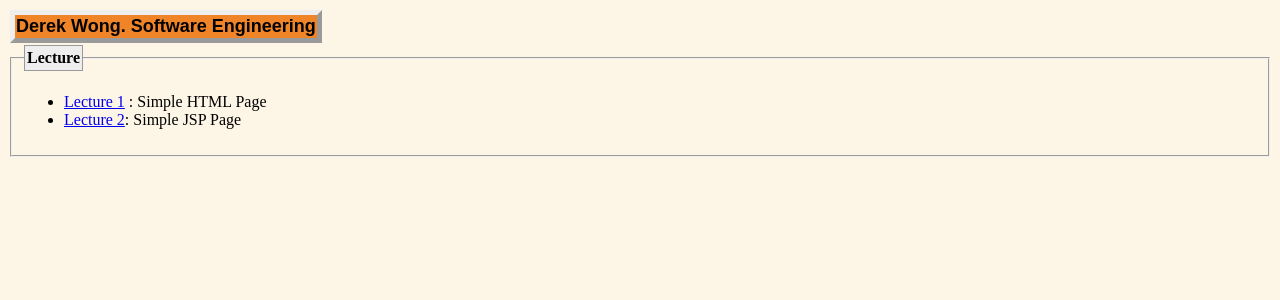
Repository: derekpwwong/jee-workspace
Page: workspace/WebServlet/WebContent/index.html
These files come from the project's save history. The page is drawn as it stood at one moment and after the next save; the edit follows.
The browser window is 1280 px wide. The pictures show the whole page.

Above is the page before, as saved 2016-10-08 19:51:31.

After the next save:
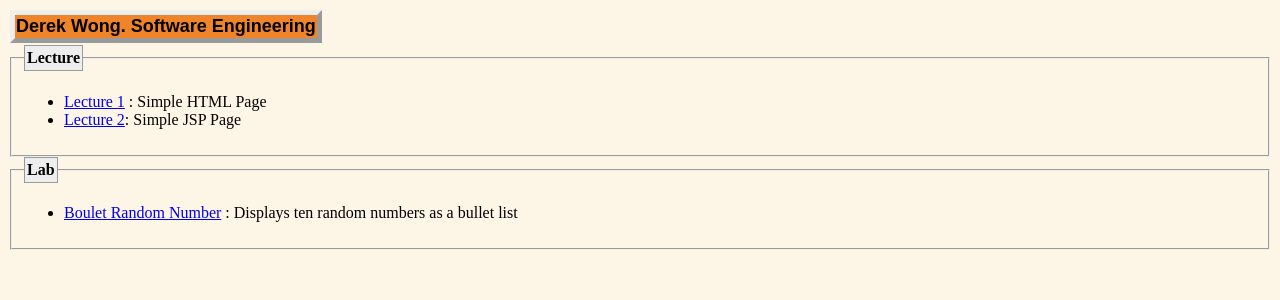
Saved 82 s later.
--- a/workspace/WebServlet/WebContent/index.html
+++ b/workspace/WebServlet/WebContent/index.html
@@ -23,6 +23,13 @@ Derek Wong. Software Engineering
 <li><a href="lecture2.jsp">Lecture 2</a>: Simple JSP Page</li>
 </ul>
 </fieldset>
+<fieldset>
+<legend> Lab</legend>
+<ul>
+<li><a href="/BouletRandomNumber">Boulet Random Number</a> : Displays ten random numbers as a bullet list</li>
+
+</ul>
+</fieldset>
 </Form>
 </body>
 </html>
